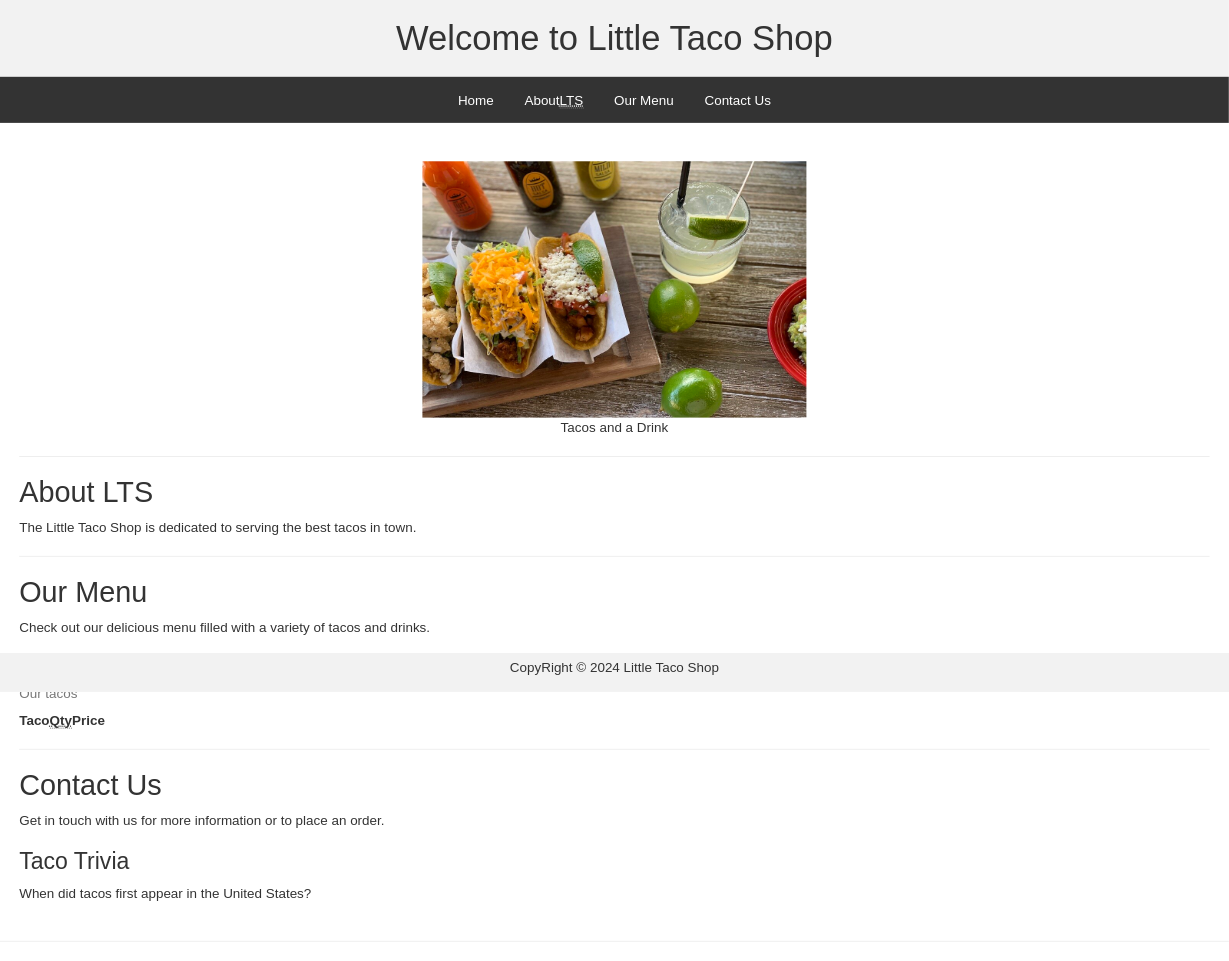
Repository: cavidk/taco_shop-web
Page: html basics/index.html
The author's editor kept a copy of each file at every save. The page is drawn from the files as they stood at one save, then again after the next save.
The browser window is 1280 px wide. The pictures show the whole page, at 96% of full size.

Above is the page before, as saved 2024-06-11 10:38:14.

After the next save:
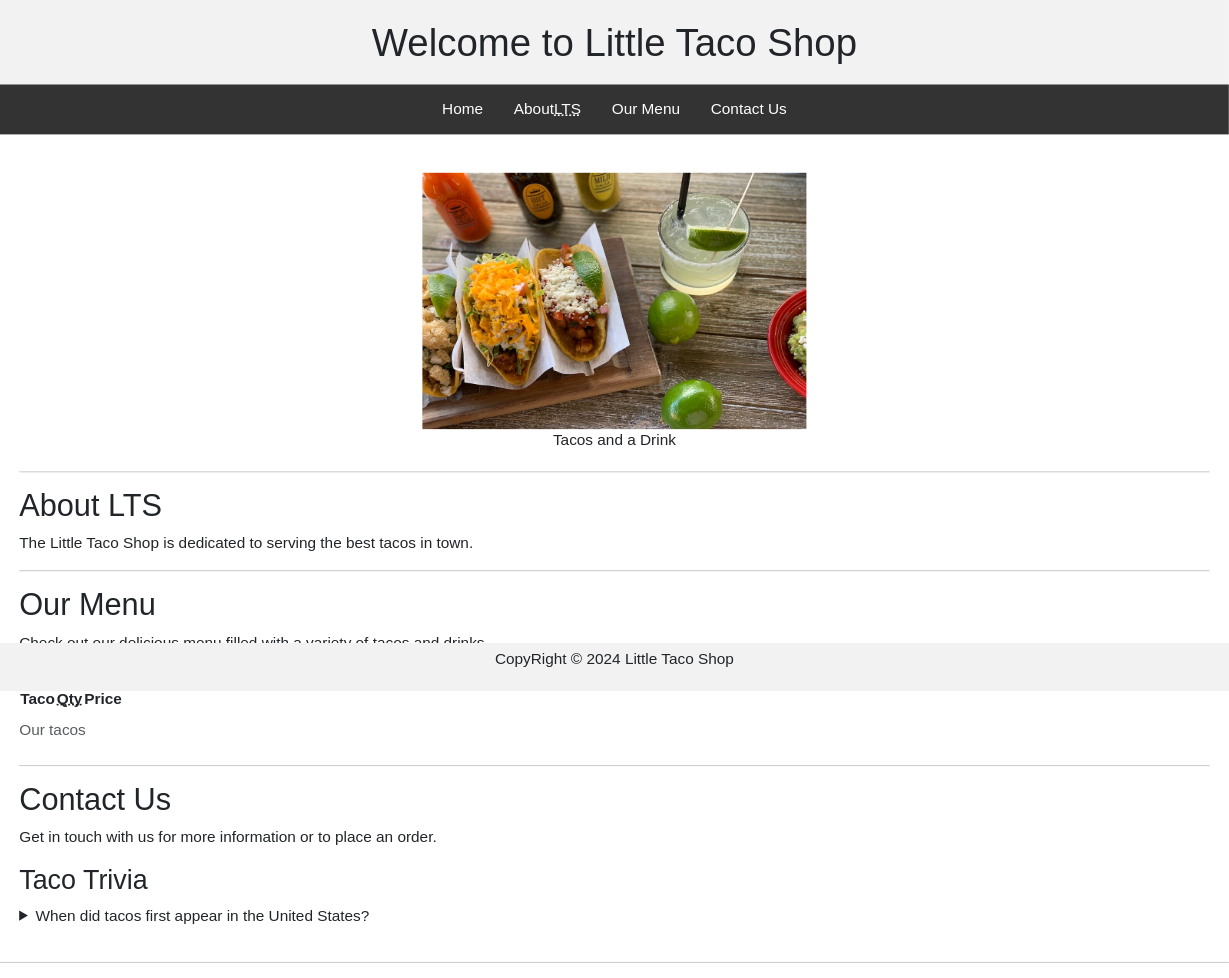
Saved 2 min 18 s later.
--- a/html basics/index.html
+++ b/html basics/index.html
@@ -7,8 +7,7 @@
    <meta name="description" content="The official website for Little Taco Shop">
    <title>The Little Taco Shop</title>
    <link rel="icon" href="icons8-star-100.png" type="image">
-   <link rel="stylesheet" href="https://maxcdn.bootstrapcdn.com/bootstrap/3.3.7/css/bootstrap.min.css">
-   <link rel="stylesheet" href="css/style.css">
+   <link href="https://cdn.jsdelivr.net/npm/bootstrap@5.3.3/dist/css/bootstrap.min.css" rel="stylesheet" integrity="sha384-QWTKZyjpPEjISv5WaRU9OFeRpok6YctnYmDr5pNlyT2bRjXh0JMhjY6hW+ALEwIH" crossorigin="anonymous">   <link rel="stylesheet" href="css/style.css">
    </head>
    <body>
       <header>
